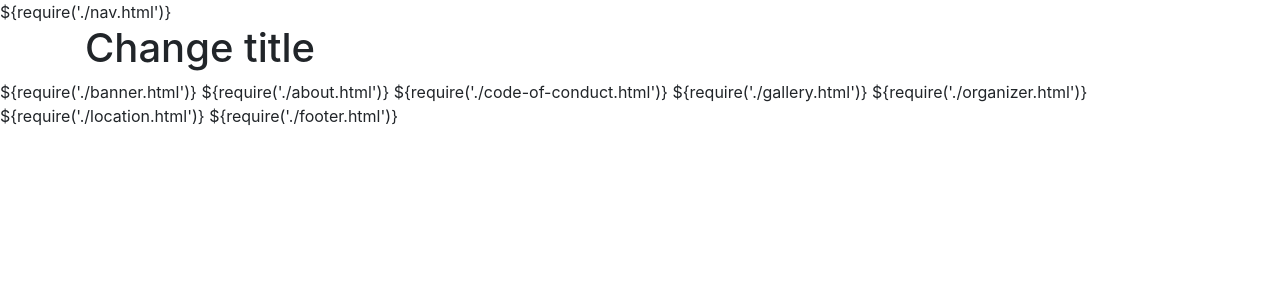
Repository: pyladiesbkk/pyladies-web
Page: src/index.html
These files come from the project's save history. The page is drawn as it stood at one moment and after a run of saves; the edit follows.
The browser window is 1280 px wide. The pictures show the whole page.
Some web libraries are served in a nearby version.

Above is the page before, as saved 2019-10-20 14:21:53.

After the next 2 saves:
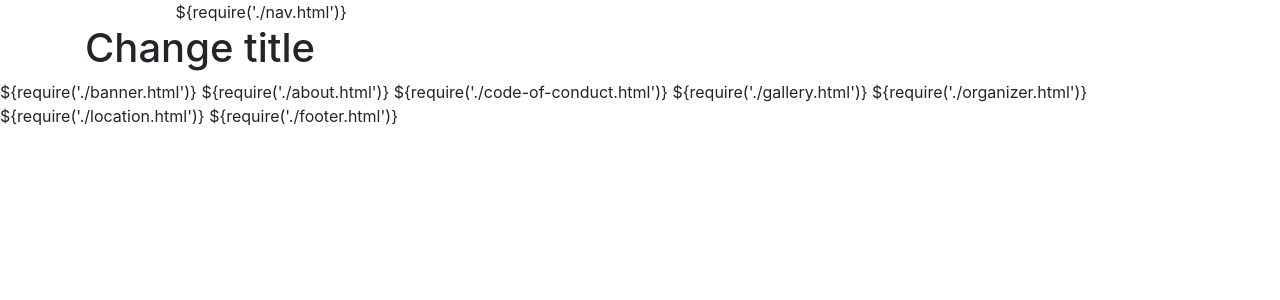
The 2 saves are shown as one change because they came seconds apart.
The last was saved 9 s later.
--- a/src/index.html
+++ b/src/index.html
@@ -5,6 +5,20 @@
   <meta name="viewport" content="width=device-width, initial-scale=1.0">
   <meta http-equiv="X-UA-Compatible" content="ie=edge">
   <meta name="msapplication-config" content="/favicon.ico/browserconfig.xml">
+  <link rel="icon" href="/favicon.ico/favicon.ico">
+  <link rel="icon" type="image/png" href="/favicon.ico/favicon-16x16.png" sizes="16x16">
+  <link rel="icon" type="image/png" href="/favicon.ico/favicon-32x32.png" sizes="32x32">
+  <link rel="icon" type="image/png" href="/favicon.ico/favicon-96x96.png" sizes="96x96">
+  <link rel="shortcut icon" type="image/png" rel="apple-touch-icon" sizes="57x57" href="/favicon.ico/apple-icon-57x57.png">
+  <link rel="shortcut icon" type="image/png" rel="apple-touch-icon" sizes="60x60" href="/favicon.ico/apple-icon-60x60.png">
+  <link rel="shortcut icon" type="image/png" rel="apple-touch-icon" sizes="72x72" href="/favicon.ico/apple-icon-72x72.png">
+  <link rel="shortcut icon" type="image/png" rel="apple-touch-icon" sizes="76x76" href="/favicon.ico/apple-icon-76x76.png">
+  <link rel="shortcut icon" type="image/png" rel="apple-touch-icon" sizes="114x114" href="/favicon.ico/apple-icon-114x114.png">
+  <link rel="shortcut icon" type="image/png" rel="apple-touch-icon" sizes="120x120" href="/favicon.ico/apple-icon-120x120.png">
+  <link rel="shortcut icon" type="image/png" rel="apple-touch-icon" sizes="144x144" href="/favicon.ico/apple-icon-144x144.png">
+  <link rel="shortcut icon" type="image/png" rel="apple-touch-icon" sizes="152x152" href="/favicon.ico/apple-icon-152x152.png">
+  <link rel="shortcut icon" type="image/png" rel="apple-touch-icon" sizes="180x180" href="/favicon.ico/apple-icon-180x180.png">
+  <link rel="manifest" href="/favicon.ico/manifest.json">
   <link rel="stylesheet" href="https://maxcdn.bootstrapcdn.com/bootstrap/4.0.0/css/bootstrap.min.css" integrity="sha384-Gn5384xqQ1aoWXA+058RXPxPg6fy4IWvTNh0E263XmFcJlSAwiGgFAW/dAiS6JXm" crossorigin="anonymous">
   <link rel="shortcut icon" type="image/png" href="/favicon.ico/apple-icon-180x180.png" />
   <title>Pyladies BKK</title>
